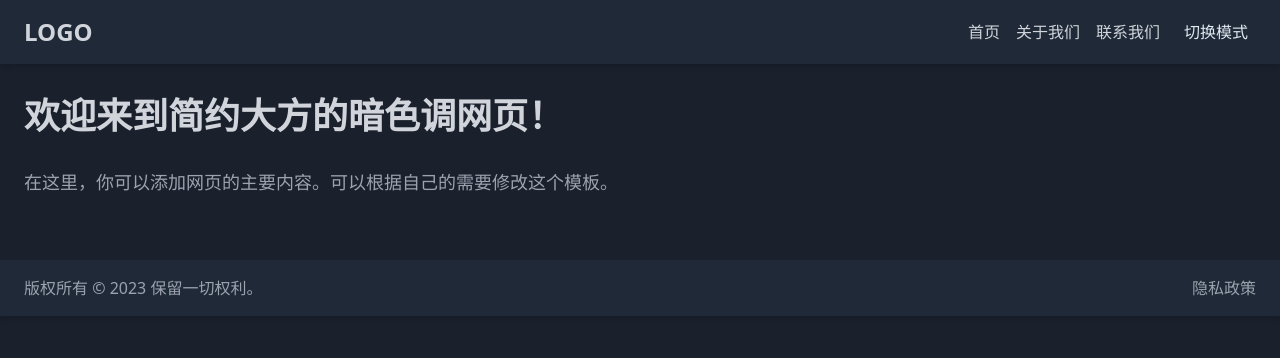
Repository: skybainiao/HackerStarter
Page: index.html
An editor plug-in stored every save of this project. The page is shown before and after the next save, followed by the edit.
The browser window is 1280 px wide. The pictures show the whole page.

Above is the page before, as saved 2023-04-08 15:28:27.

After the next save:
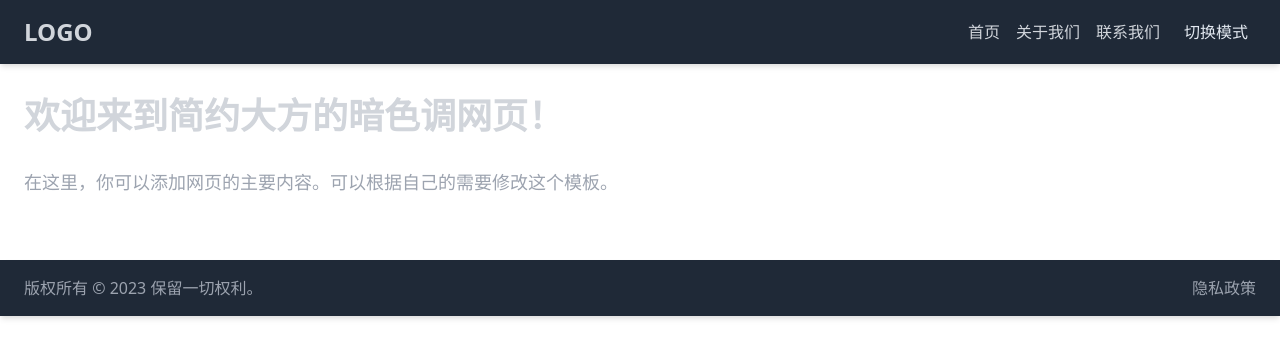
Saved 56 s later.
--- a/index.html
+++ b/index.html
@@ -8,13 +8,13 @@
     <style>
       /* 暗色调 */
       body {
-        background-color: #1a202c;
+        background-color: #ffffff;
         color: #e2e8f0;
       }
 
       .header,
       .footer {
-        background-color: #2d3748;
+        background-color: #ffffff;
       }
 
       a, .header a, .footer a {

After the save that followed:
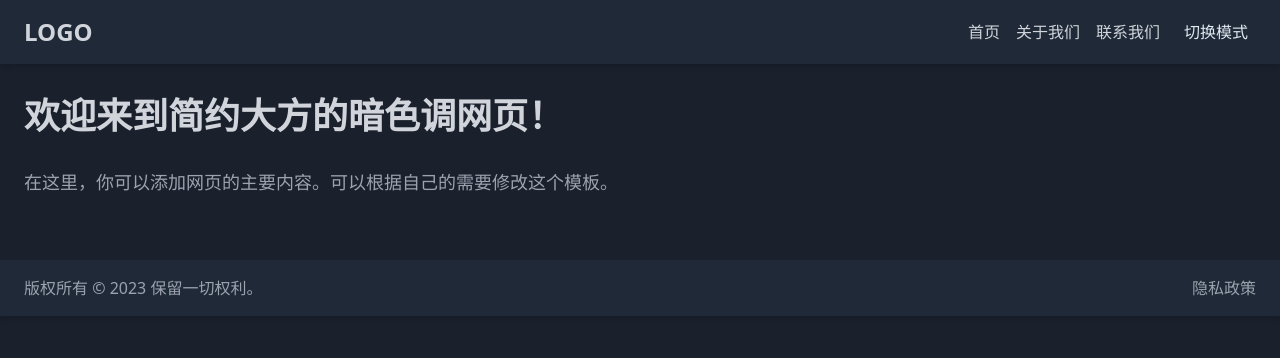
Saved 6 s later.
--- a/index.html
+++ b/index.html
@@ -8,13 +8,13 @@
     <style>
       /* 暗色调 */
       body {
-        background-color: #ffffff;
+        background-color: #1a202c;
         color: #e2e8f0;
       }
 
       .header,
       .footer {
-        background-color: #ffffff;
+        background-color: #2d3748;
       }
 
       a, .header a, .footer a {
